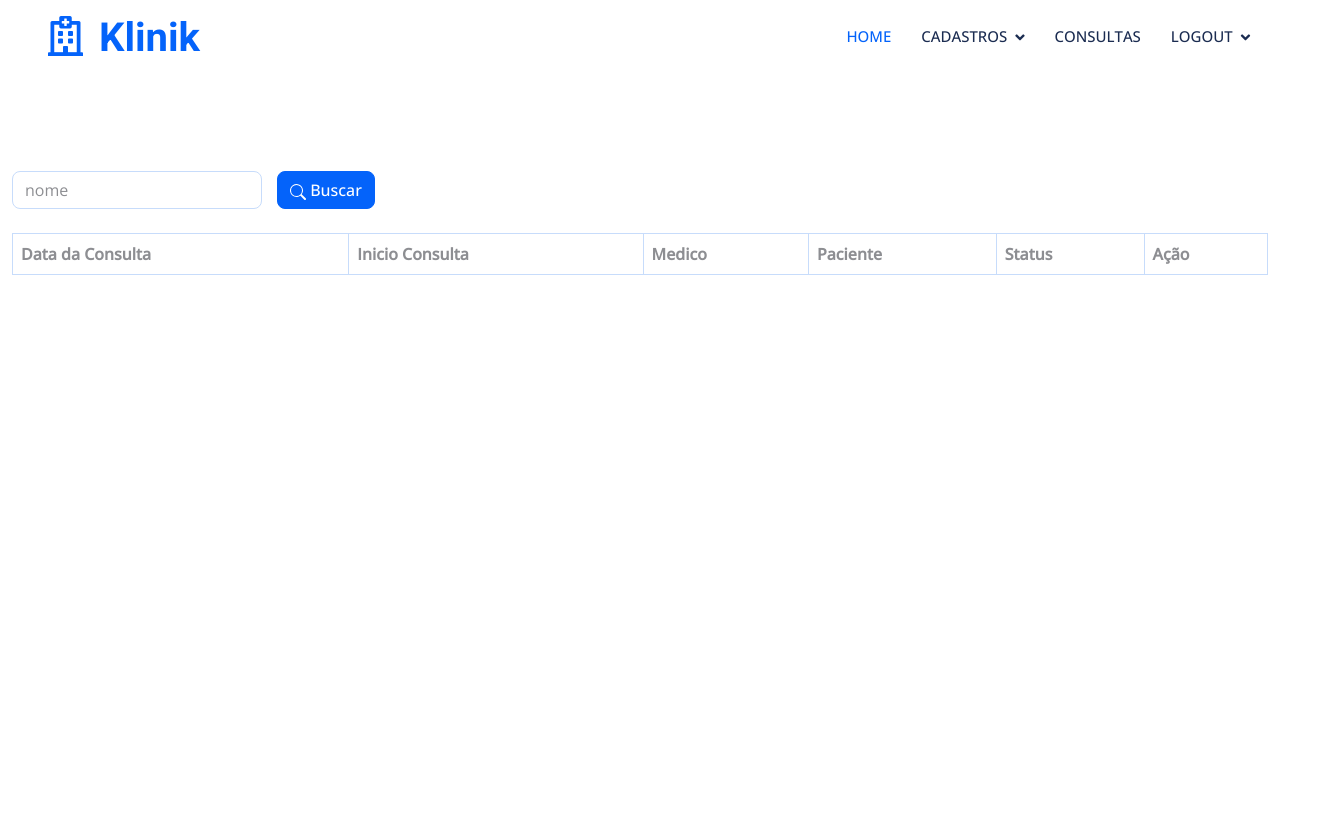
Repository: henrickrufino91/AgendaConsultas
Page: http://localhost/consulta/listarConsultas
The author's editor kept a copy of each file at every save. The page is drawn from the files as they stood at one save, then again after the next save.
The browser window is 1280 px wide. The page is 1331 px wide, so the pictures cover 1331 px, including what lies to the right of the window. The pictures show the whole page.
Some web libraries are served in a nearby version. The page is this project's Thymeleaf template; nobody is signed in. The template is opened directly, without the code that normally fills it, so the values that code supplies are empty.

Above is the page before, as saved 2024-12-26 18:10:51.

After the next save:
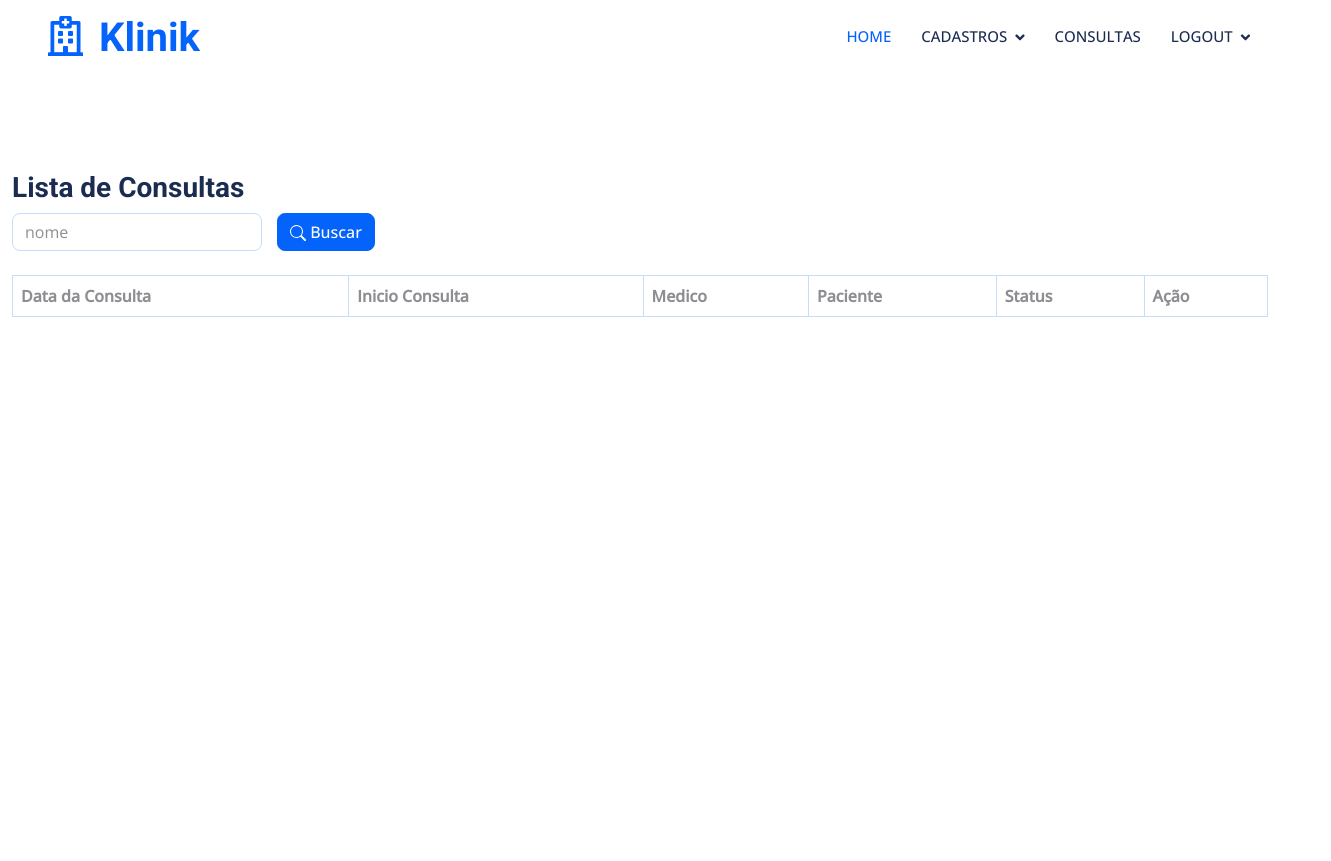
Saved 57 s later.
--- a/clinica/src/main/resources/templates/consulta/listarConsultas.html
+++ b/clinica/src/main/resources/templates/consulta/listarConsultas.html
@@ -103,6 +103,10 @@
     <div class="container-xxl py-5">
 
        <div>
+       	<h3>Lista de Consultas</h3>
+       </div>
+
+       <div>
        <input class="form-control" value="nome" id="inputEmail" type="text" style="width: 250px; float: left" />
 
 
